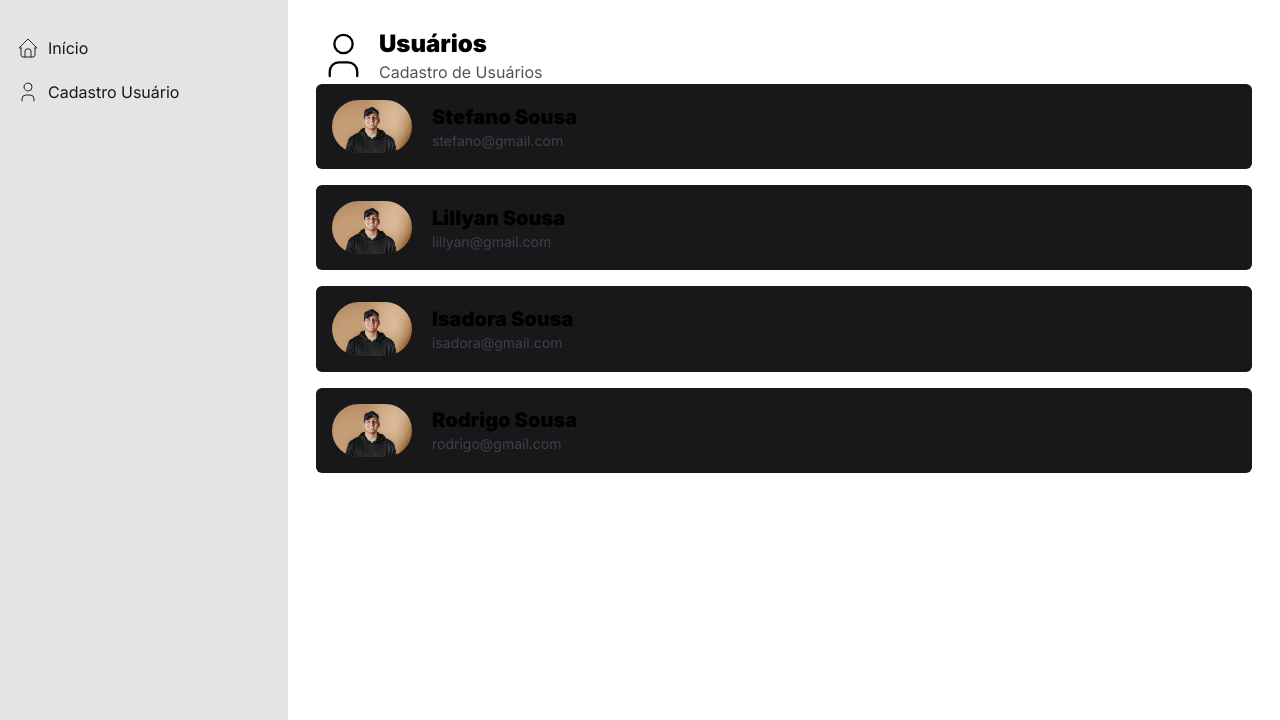
Repository: stefanosousaa/app-bd
Page: /usuarios
These files come from the project's save history. The page is drawn as it stood at one moment and after the next save; the edit follows.
The browser window is 1280 px wide. The pictures show the whole page.
The project was rebuilt for these pictures with package versions that can differ from the ones it lists, and the page was loaded fresh each time. The framework's server and built-in components were replaced by stand-ins that run in the browser. Also part of the build but not shown: next.config.mjs.

Above is the page before, as saved 2024-05-26 00:04:18.

### src/app/(internas)/usuarios/page.tsx
import Pagina from "@/app/components/template/Pagina";
import Titulo from "@/app/components/template/Titulo";
import ListaUsuario from "@/app/components/usuario/ListaUsuario";
import { IconUser } from "@tabler/icons-react";


export default function Page(){
    return(
        <Pagina>
            <Titulo icone={IconUser} principal="Usuários" secundario="Cadastro de Usuários"/>
           <ListaUsuario/>
        </Pagina>
    )
}

### src/app/components/template/Pagina.tsx
import Menu from "./Menu"

export interface PaginaProps {
    children: any
    className?: string
}

export default function Pagina(props: PaginaProps){
    return (
     <div className="flex ">
        <Menu/>
        <main className={`flex-1 p-7 ${props.className ?? ``}`}>{props.children}</main>

    </div>
    )

}

### src/app/components/template/Titulo.tsx
import { ElementType } from "react"

export interface TituloProps {
    principal: string
    secundario: string
    icone: ElementType
}

export default function Titulo(props: TituloProps){
    return(
          <div className="flex gap-2">
            <props.icone size={55} stroke={1}/>
            <div className="flex flex-col">
                <h1 className="text-2xl font-black">{props.principal}</h1>
                <h2 className="text-zinc-600">{props.secundario}</h2>
            </div>

          </div>
    )
}

### src/app/components/usuario/ListaUsuario.tsx

import { Usuario } from '@/core/model/Usuario'
import usuarios from '../../data/constants/usuarios'
import LinhaUsuario from './LinhaUsuario'

export default function ListaUsuario(){
    return(
        <div className="flex flex-col gap-4">
            {usuarios.map((usuario: Usuario) => {
                return <LinhaUsuario key={usuario.id} usuario={usuario}/>
            })}

        </div>
    )
}

### src/app/components/template/Menu.tsx
import { IconHome, IconUser } from "@tabler/icons-react"
import Link from "next/link"
import MenuItem from "./MenuItem"



export default function Menu(){
    return (
    <aside className="w-72 bg-zinc-200 h-screen">
         <nav className="flex flex-col gap-1 py-7">
            <MenuItem icone={IconHome} texto="Início" url="/" />
            <MenuItem icone={IconUser} texto="Cadastro Usuário" url="/usuarios" />


         </nav>
    </aside>
    )
}

### src/app/data/constants/usuarios.ts
import { Usuario } from "@/core/model/Usuario";

const usuarios: Usuario [] = [
    {
        id: "1",
        email:"stefano@gmail.com",
        nome: "Stefano Sousa",
        senha:"123456"
    },
    {
        id: "2",
        email:"lillyan@gmail.com",
        nome: "Lillyan Sousa",
        senha:"123456"
    },
    {
        id: "3",
        email:"isadora@gmail.com",
        nome: "Isadora Sousa",
        senha:"123456"
    },
    {
        id: "4",
        email:"rodrigo@gmail.com",
        nome: "Rodrigo Sousa",
        senha:"123456"
    },
]

export default usuarios

### src/app/components/usuario/LinhaUsuario.tsx
import { Usuario } from "@/core/model/Usuario"
import Image from "next/image"

export interface LinhaUsuarioProps {
    usuario: Usuario
}

export default function LinhaUsuario(props: LinhaUsuarioProps){
    return(
        <div className="flex bg-zinc-900 items-center gap-5 p-4 bg-zinc-200 rounded-md">
            <Image
            src="data:[embedded picture, 6063 characters]"
            width={80}
            height={80}
            className="rounded-full"
            alt="Avatar"
            />



            <div className=" flex flex-col">
              <span className="text-xl font-black">{props.usuario.nome}</span>
              <span className="text-sm text-zinc-700">{props.usuario.email}</span>
            </div>


        </div>
    )
}

### src/app/components/template/MenuItem.tsx
import Link from "next/link"
import { ElementType } from "react"

export interface MenuItemProps{
    icone: ElementType
    texto: string
    url: string
}


export default function MenuItem(props : MenuItemProps){
    return(
        <Link href={props.url} className="flex gap-2 px-4 py-2 hover:bg-white ">
            <props.icone className= "text-zinc-800" size={24} stroke={1}/>
            <span className= "text-zinc-900">{props.texto}</span>
        </Link>
    )
}

Loaded but not shown: src/app/layout.tsx (common file); src/app/globals.css (common file); tailwind.config.ts (common file)

After the next save:
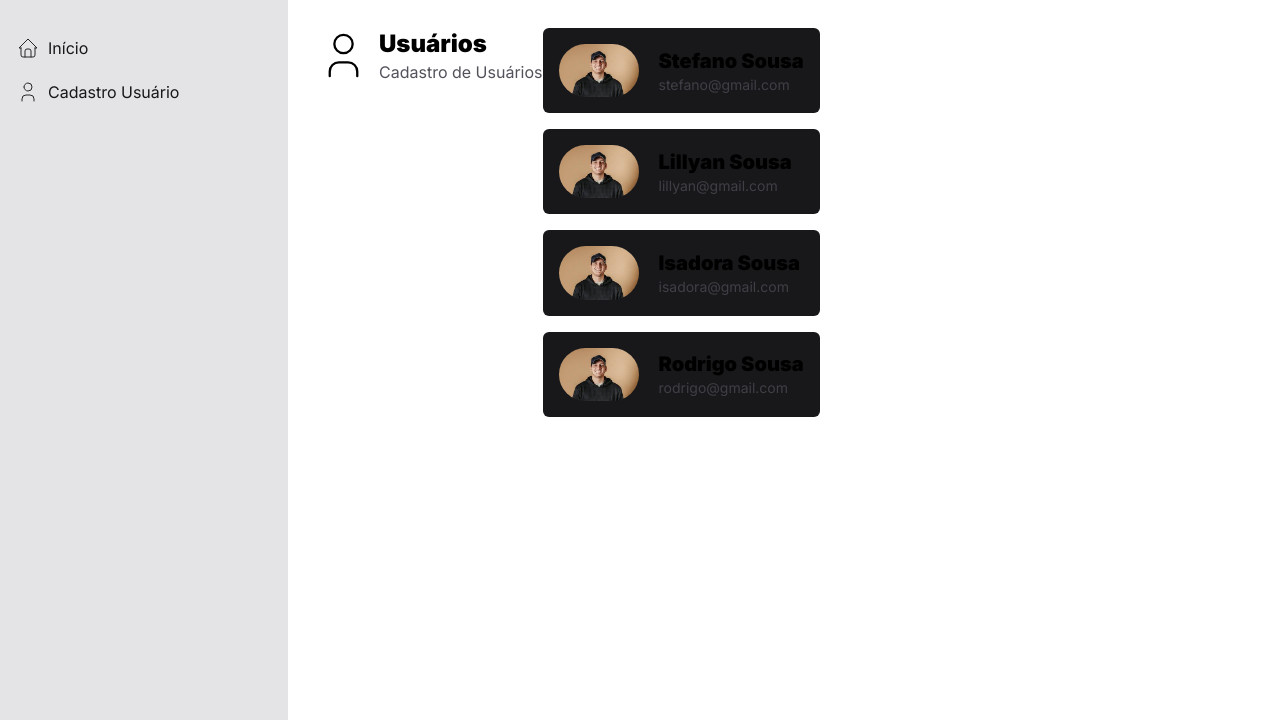
Saved 13 s later.
--- a/src/app/(internas)/usuarios/page.tsx
+++ b/src/app/(internas)/usuarios/page.tsx
@@ -6,7 +6,7 @@
 
 export default function Page(){
     return(
-        <Pagina>
+        <Pagina className="flex">
             <Titulo icone={IconUser} principal="Usuários" secundario="Cadastro de Usuários"/>
            <ListaUsuario/>
         </Pagina>

After the save that followed:
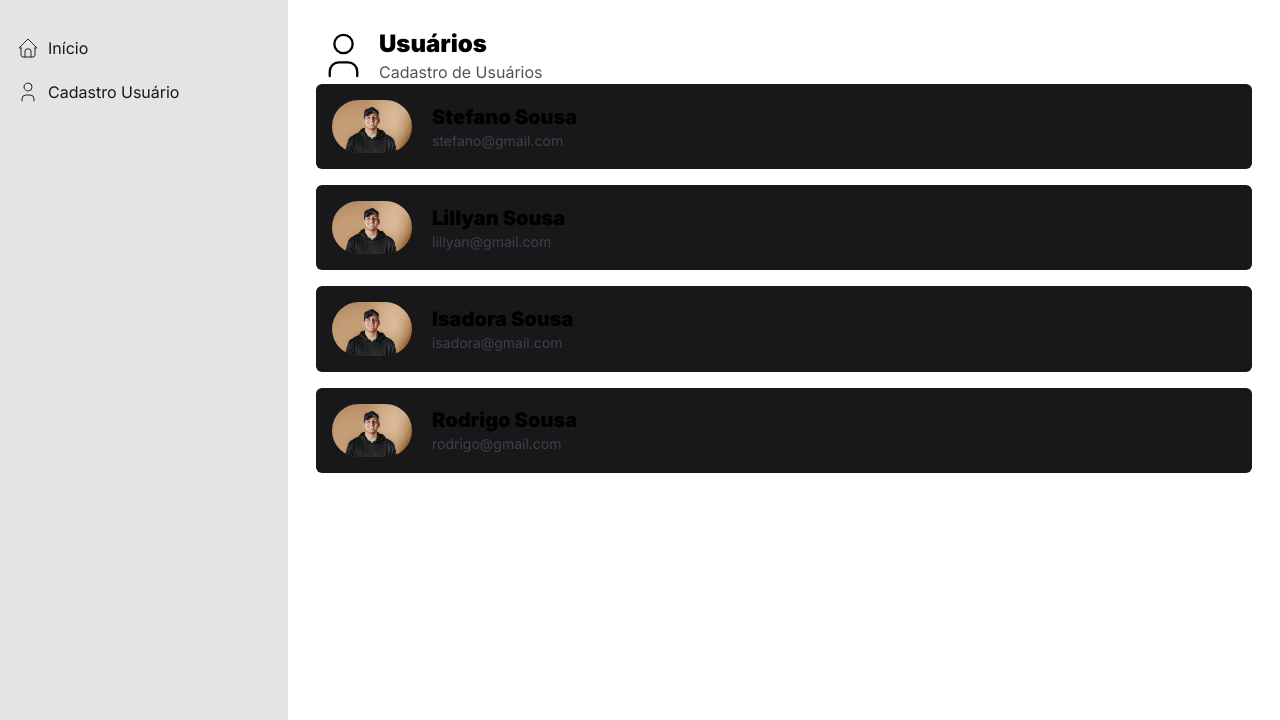
Saved 20 s later.
--- a/src/app/(internas)/usuarios/page.tsx
+++ b/src/app/(internas)/usuarios/page.tsx
@@ -6,7 +6,7 @@
 
 export default function Page(){
     return(
-        <Pagina className="flex">
+        <Pagina className="flex flex-col">
             <Titulo icone={IconUser} principal="Usuários" secundario="Cadastro de Usuários"/>
            <ListaUsuario/>
         </Pagina>
